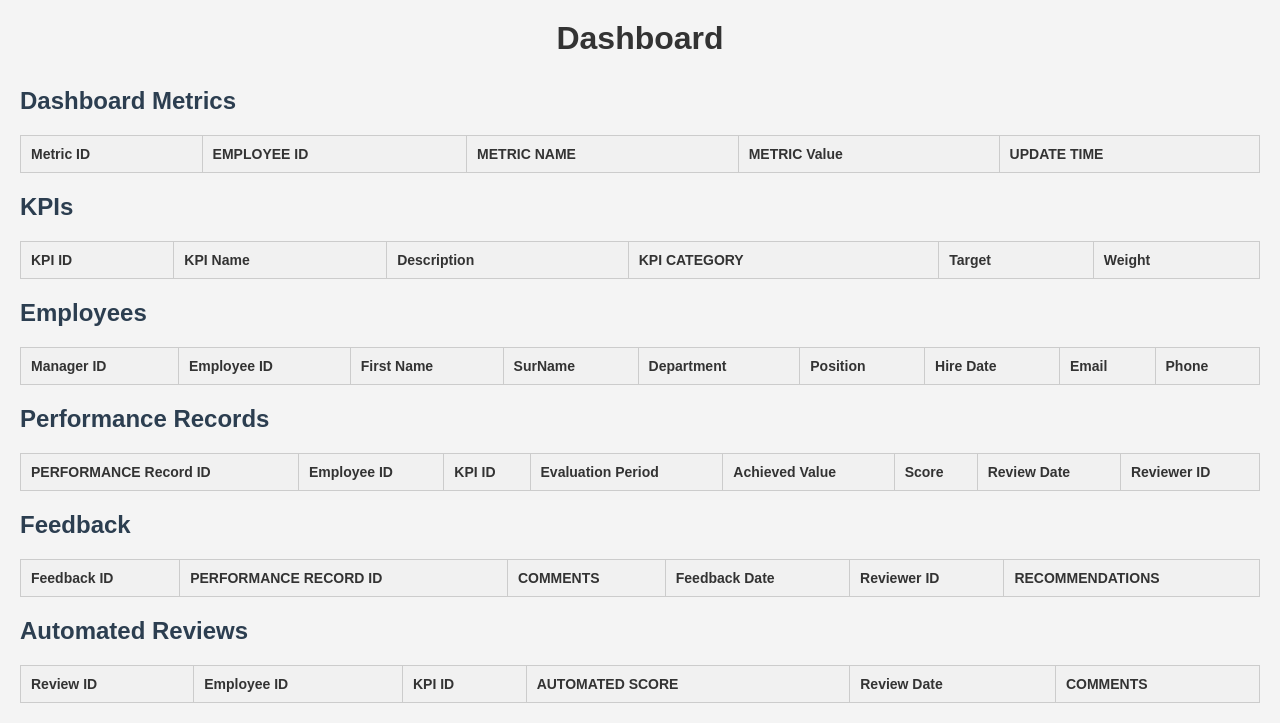
Repository: Wuda2000/Mongodb
Page: http://localhost/dashboard
The author's editor kept a copy of each file at every save. The page is drawn from the files as they stood at one save, then again after the next save.
The browser window is 1280 px wide. The pictures show the whole page.
The page is served by the project's application, run on Flask 3 (app.py). Queries for data that is not in the repository find no rows.

Above is the page before, as saved 2024-11-11 19:02:32.

After the next save:
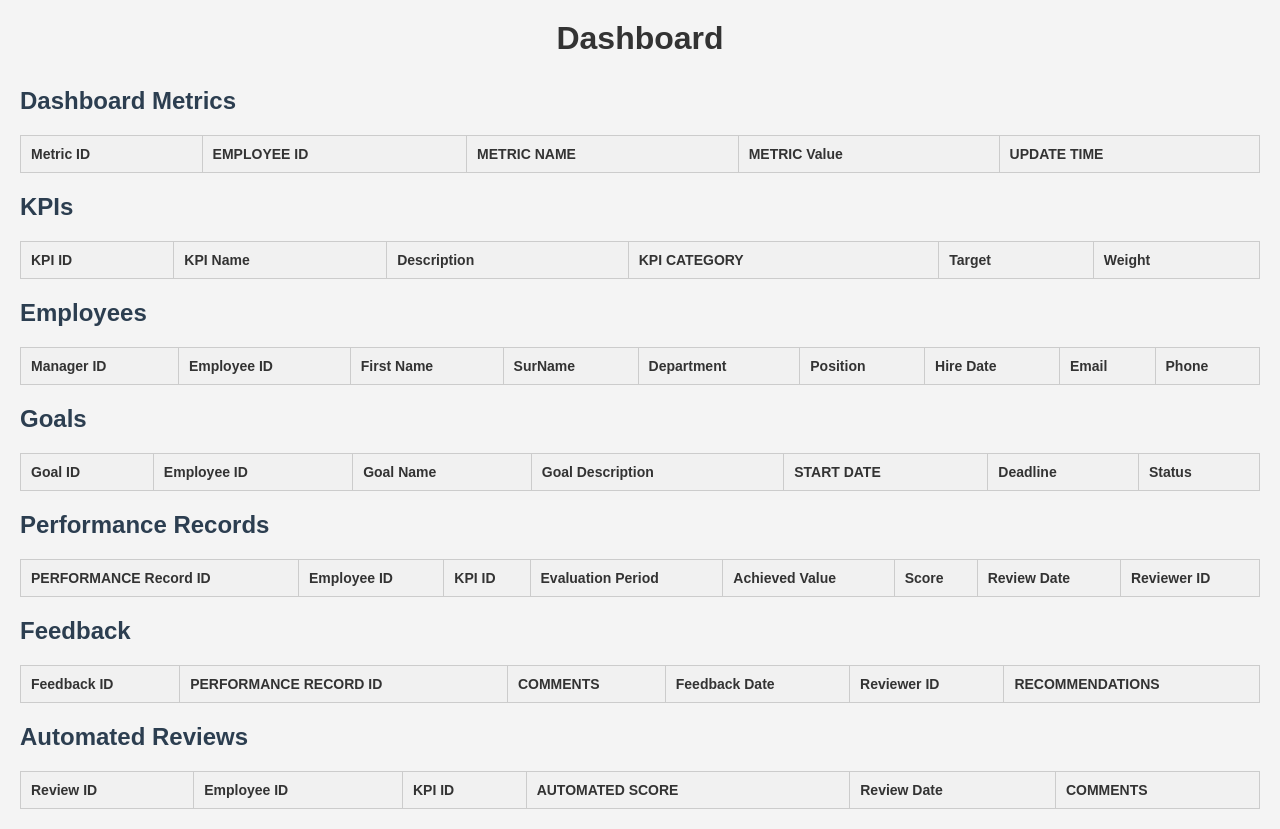
Saved 7 s later.
--- a/templates/dashboard.html
+++ b/templates/dashboard.html
@@ -95,7 +95,34 @@
             {% endfor %}
         </tbody>
     </table>
-
+ <!-- Goals Table -->
+ <h2>Goals</h2>
+ <table border="1">
+     <thead>
+         <tr>
+             <th>Goal ID</th>
+             <th>Employee ID</th>
+             <th>Goal Name</th>
+             <th>Goal Description</th>
+             <th>START DATE</th>
+             <th>Deadline</th>
+             <th>Status</th>
+         </tr>
+     </thead>
+     <tbody>
+         {% for goal in goals %}
+             <tr>
+                 <td>{{ goal['goal_id'] }}</td>
+                 <td>{{ goal['employee_id'] }}</td>
+                 <td>{{ goal['kpi_id'] }}</td>
+                 <td>{{ goal['goal_description'] }}</td>
+                 <td>{{ goal['goal_start_date'] }}</td>
+                 <td>{{ goal['goal_due_date'] }}</td>
+                 <td>{{ goal['goal_status'] }}</td>
+             </tr>
+         {% endfor %}
+     </tbody>
+ </table>
 
     <!-- Performance Records Table -->
     <h2>Performance Records</h2>
